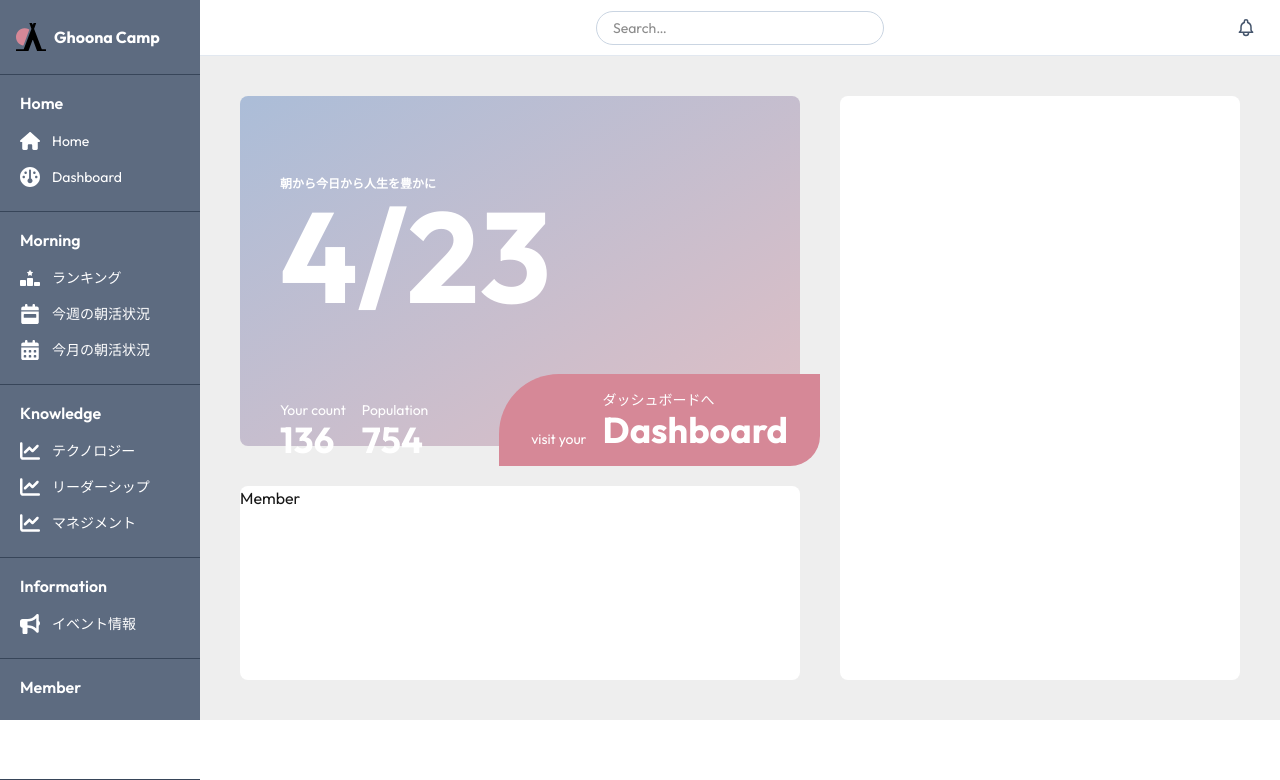
Repository: ShotaGhoona/ghoonacamp_platform
Page: /
An editor plug-in stored every save of this project. The page is shown before and after a run of saves, followed by the edit.
The browser window is 1280 px wide. The pictures show the whole page.
The page's requests for data from a server got no answer. The project was rebuilt for these pictures with package versions that can differ from the ones it lists, and the page was loaded fresh each time. The framework's server and built-in components were replaced by stand-ins that run in the browser. No one was signed in, and anything a server would have sent is missing. Also part of the build but not shown: next.config.js.

Above is the page before, as saved 2025-04-25 12:58:42.

After the next 2 saves:
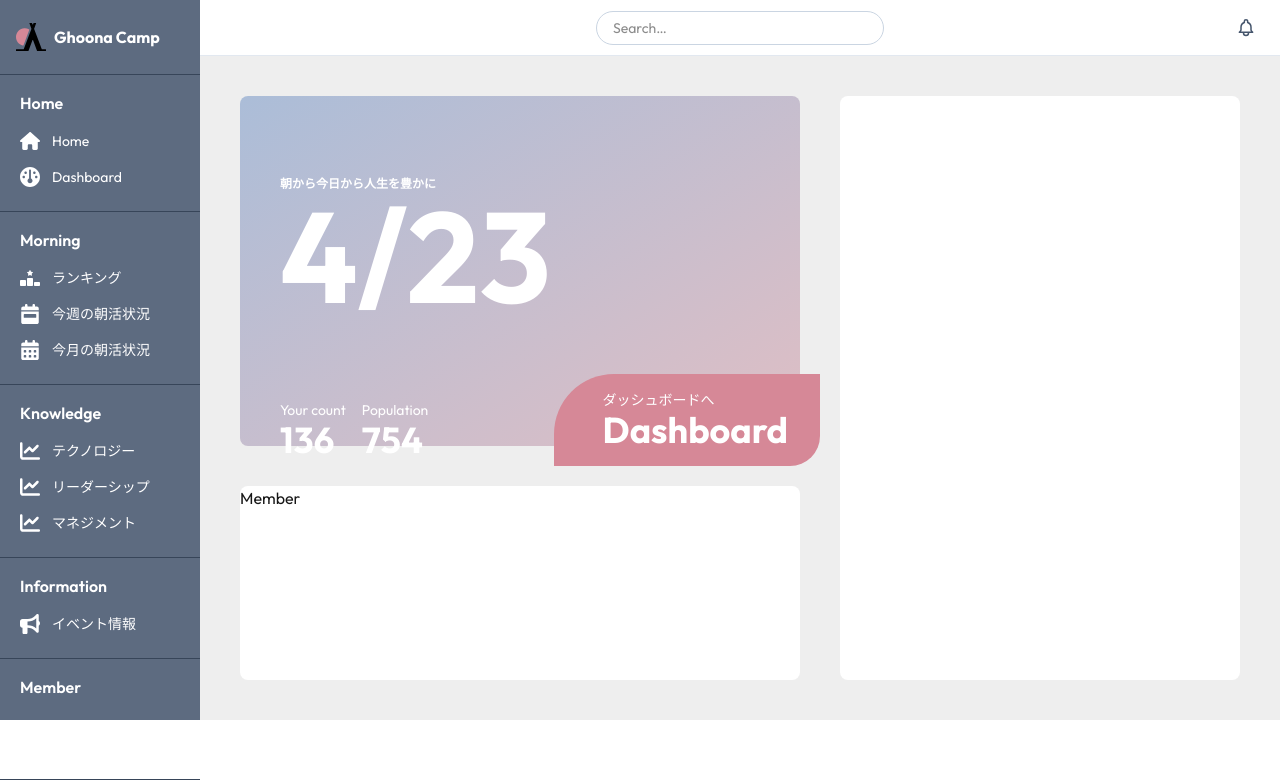
The 2 saves are shown as one change because they came seconds apart.
The last was saved 51 s later.
--- a/src/features/home/home/components/cornerCta.tsx
+++ b/src/features/home/home/components/cornerCta.tsx
@@ -1,5 +1,5 @@
 export default function CornerCta(
-    { color, text, subText }: { color: string; text: string; subText: string }
+    { color, text, subText, subText2 }: { color: string; text: string; subText: string; subText2: string }
 ) {
   return (
     <div
@@ -7,7 +7,7 @@ export default function CornerCta(
       className="px-8 py-4 rounded-tl-[60px] rounded-br-[30px] text-white flex items-end gap-4 cursor-pointer hover:opacity-90 transition-opacity"
     >
         <div>
-            <span className="text-sm">visit your</span>
+            <span className="text-sm">{subText2}</span>
         </div>
         <div className="flex flex-col">
             <span className="text-sm">{subText}</span>

After the save that followed:
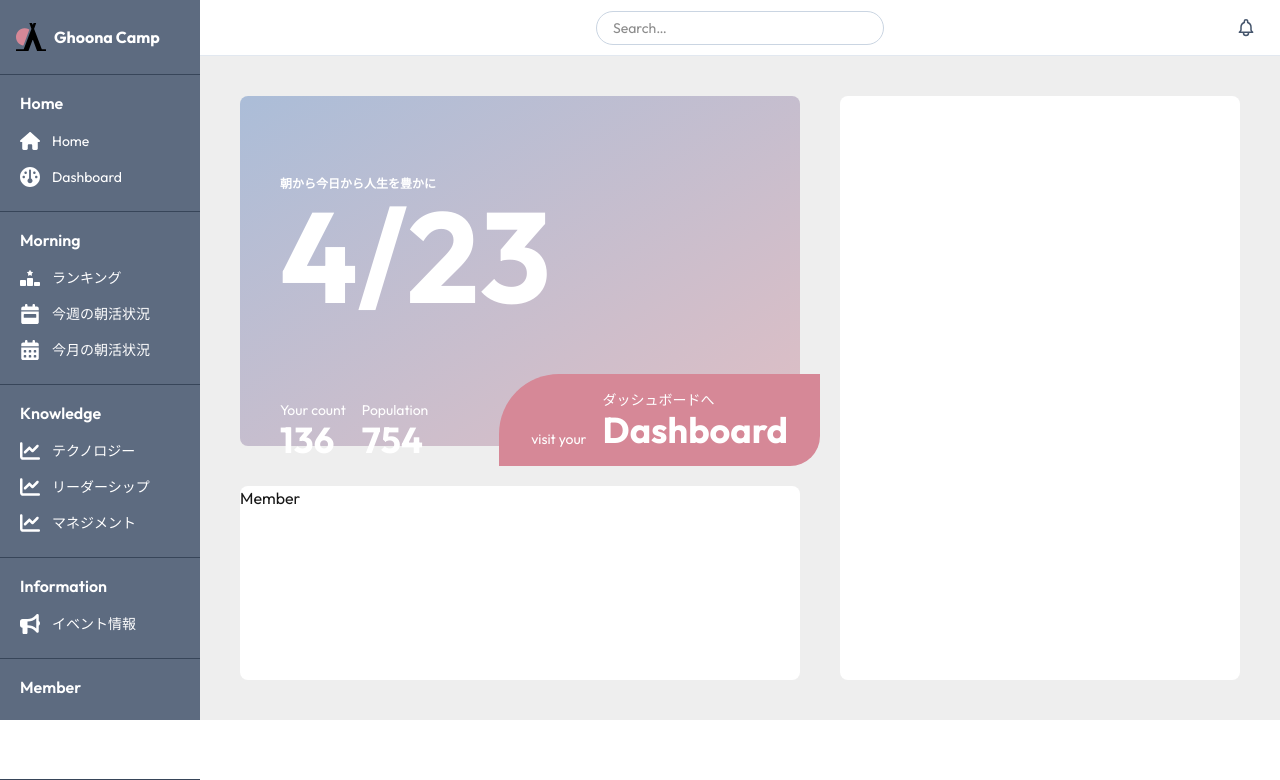
Saved 5 s later.
--- a/src/features/home/home/display/hero.tsx
+++ b/src/features/home/home/display/hero.tsx
@@ -22,7 +22,7 @@ export default function Hero() {
         </div>
       </div>
       <Link href="/dashboard" className="absolute -bottom-5 -right-5 flex flex-col gap-4">
-        <CornerCta  color="D68897"  text="Dashboard"  subText="ダッシュボードへ"/>
+        <CornerCta  color="D68897"  text="Dashboard"  subText="ダッシュボードへ" subText2="visit your" />
       </Link>
     </div>
   );
